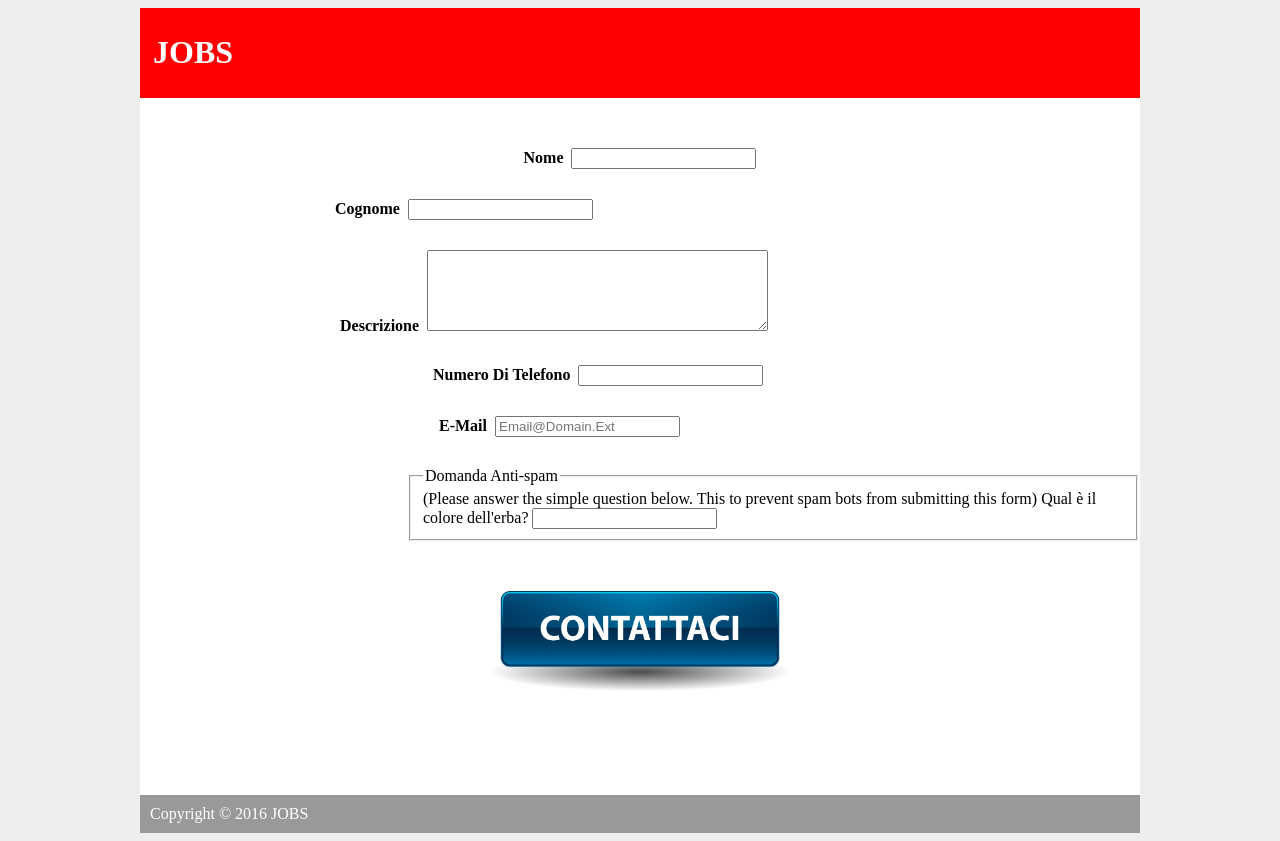
Repository: ProjectRC/RC
Page: client/contattaci.html
The author's editor kept a record of every edit. The page is drawn from the files as they stood at one moment, then again after the next edit.
The browser window is 1280 px wide. The pictures show the whole page.

Above is the page before.

After the next edit:
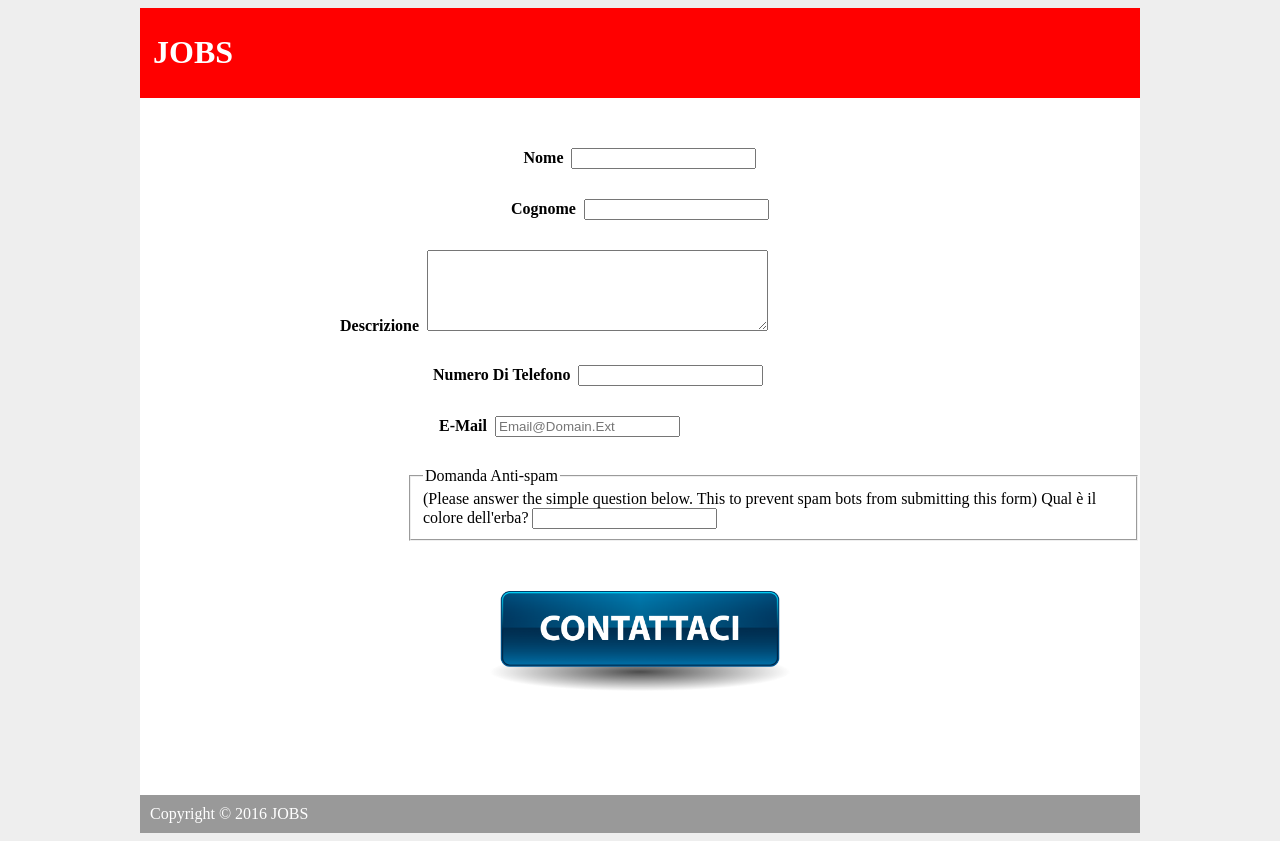
The edit:
--- a/client/css/contattaci.css
+++ b/client/css/contattaci.css
@@ -31,8 +31,8 @@
 
 #cognome {
     margin-top: 30px;
-    text-align: left;
-    margin-left: 195px;
+    text-align: center;
+    /*margin-left: 195px;*/
     text-transform: capitalize;
 }
 
